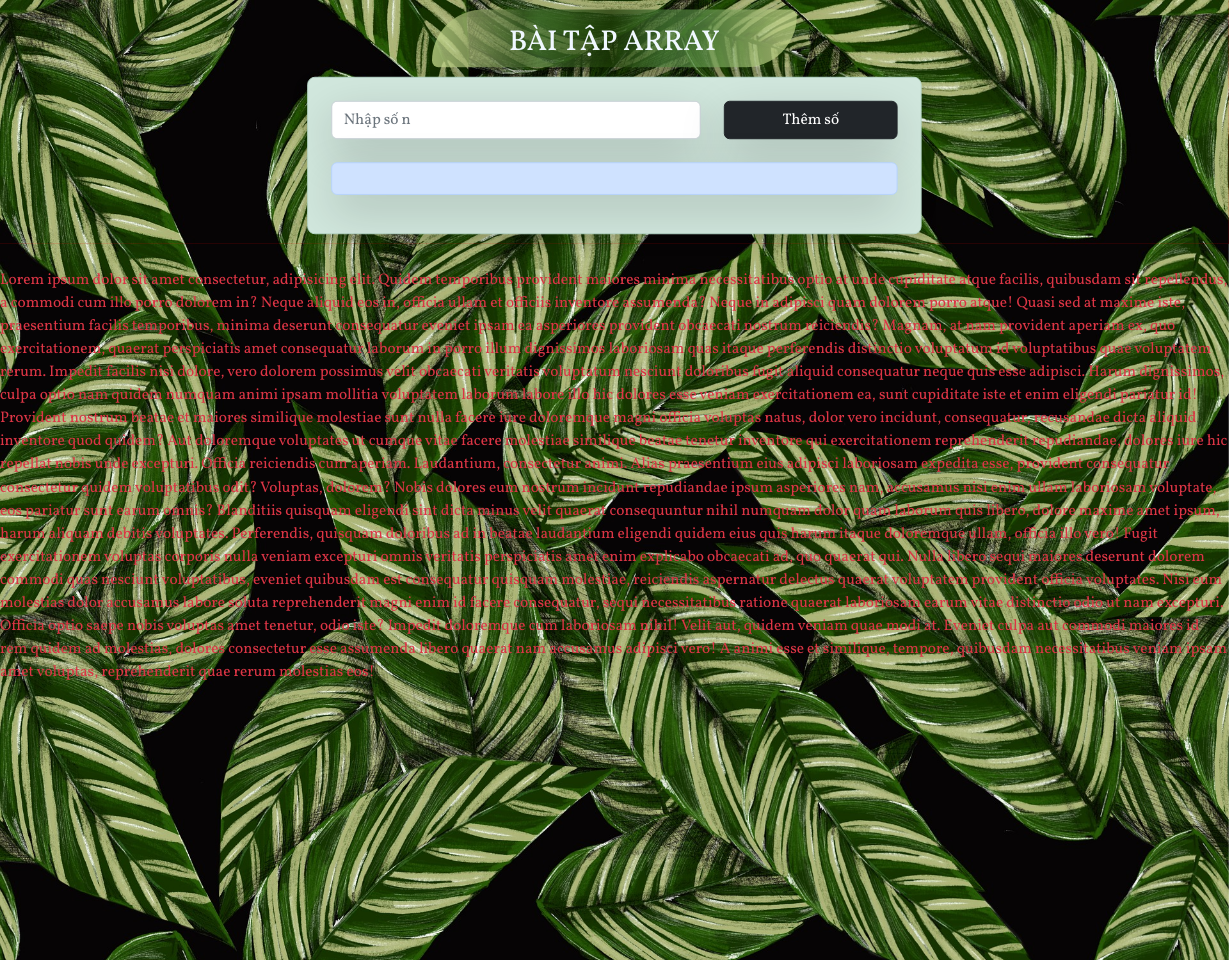
Repository: hcozyph/TranHuuPhuoc_BC43_BT_JS_Buoi7_8_ARRAY
Page: index.html
The author's editor kept a copy of each file at every save. The page is drawn from the files as they stood at one save, then again after a run of saves.
The browser window is 1280 px wide. The pictures show the whole page, at 96% of full size.
Backgrounds fixed to the window are drawn as part of the page.

Above is the page before, as saved 2023-02-21 00:08:02.

After the next 2 saves:
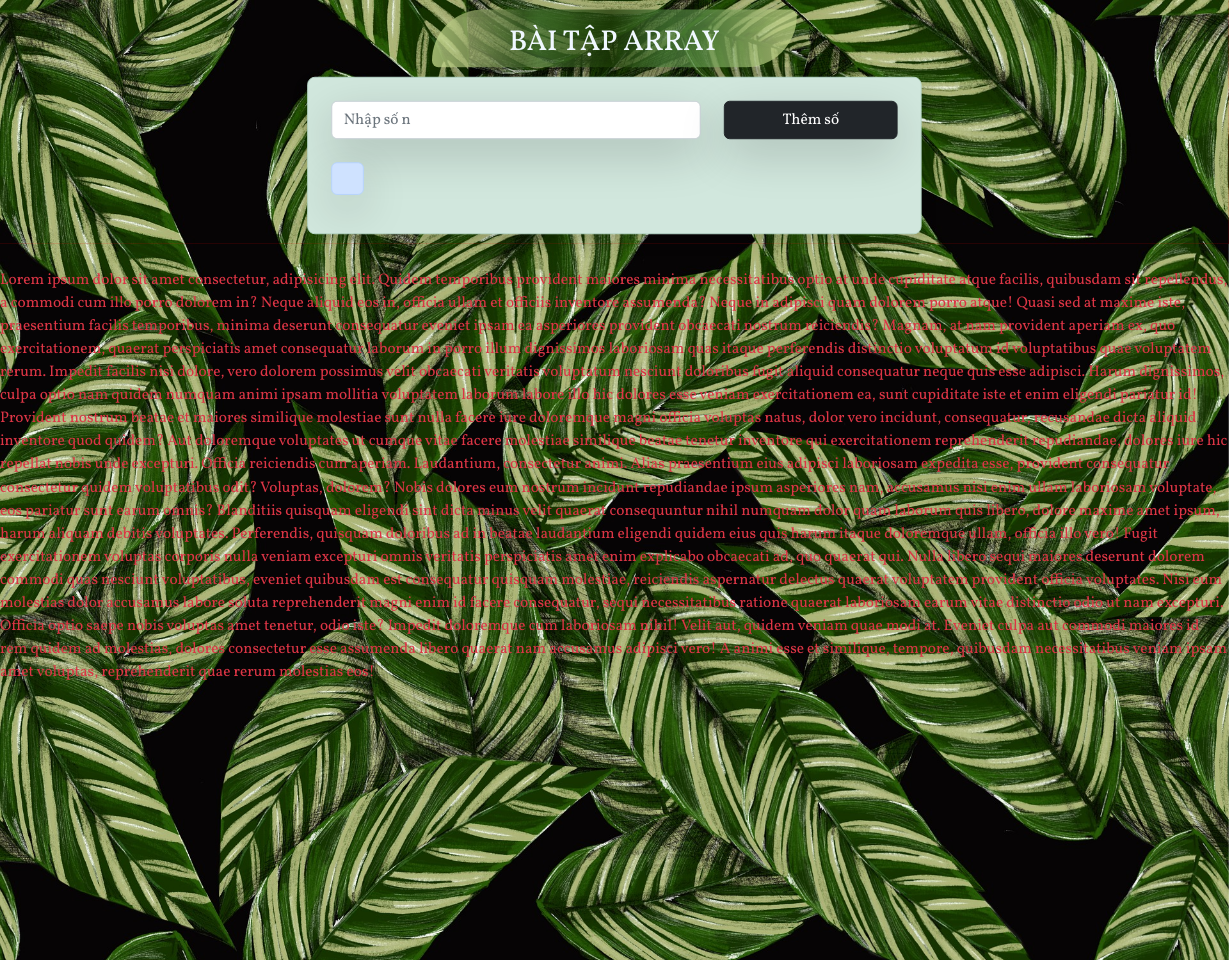
The 2 saves are shown as one change because they came seconds apart.
The last was saved 37 s later.
--- a/index.html
+++ b/index.html
@@ -71,7 +71,7 @@
                             <div
                                 id="user-array"
                                 class="alert alert-primary shadow-lg d-block"
-                                style="overflow: scroll"
+                                style="overflow: scroll; max-width: fit-content"
                             ></div>
                         </div>
                     </div>

After the 3 saves that followed:
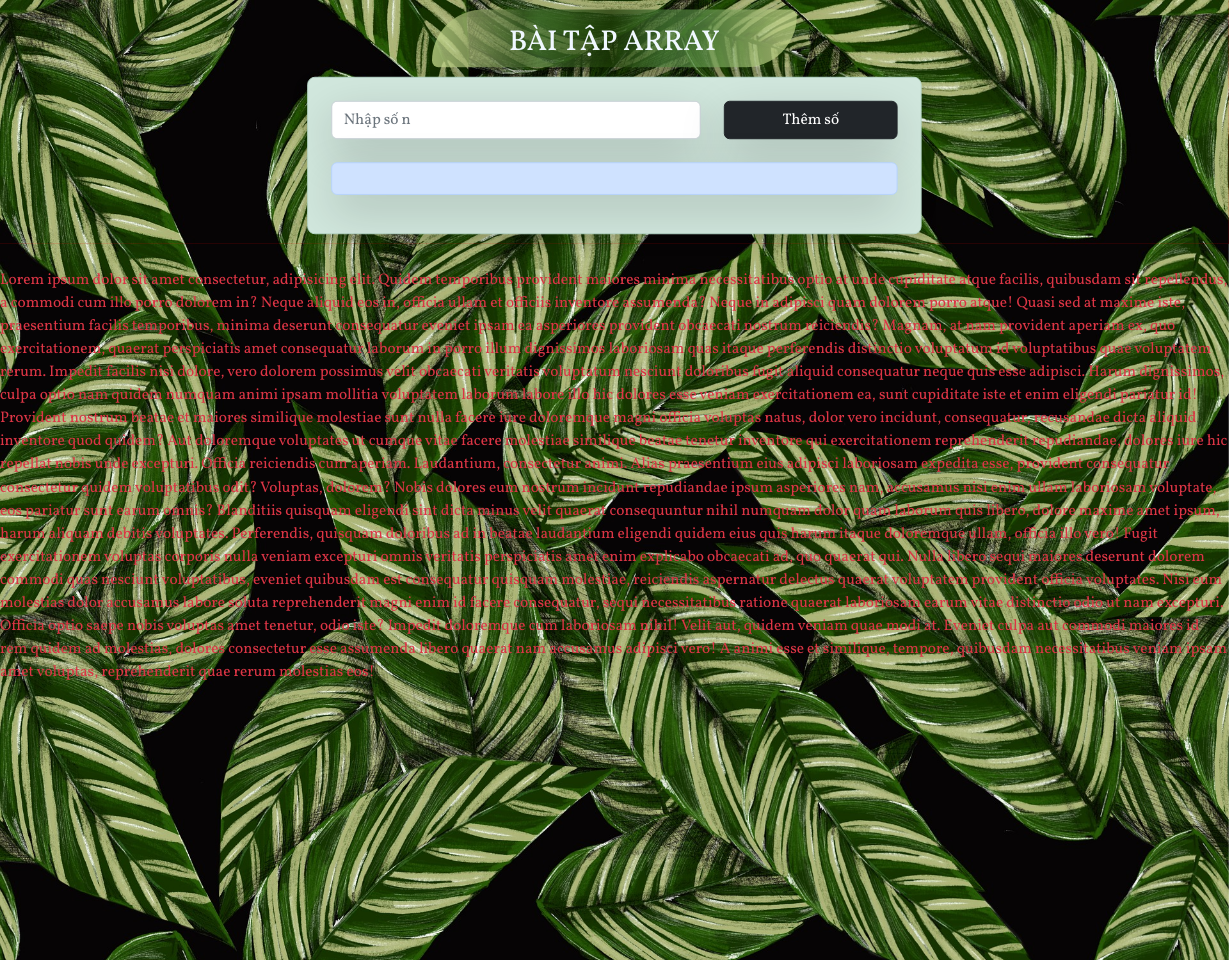
The 3 saves are shown as one change because 2 left the picture as it was.
The last was saved 107 s later.
--- a/index.html
+++ b/index.html
@@ -71,7 +71,7 @@
                             <div
                                 id="user-array"
                                 class="alert alert-primary shadow-lg d-block"
-                                style="overflow: scroll; max-width: fit-content"
+                                style="overflow: hidden"
                             ></div>
                         </div>
                     </div>
